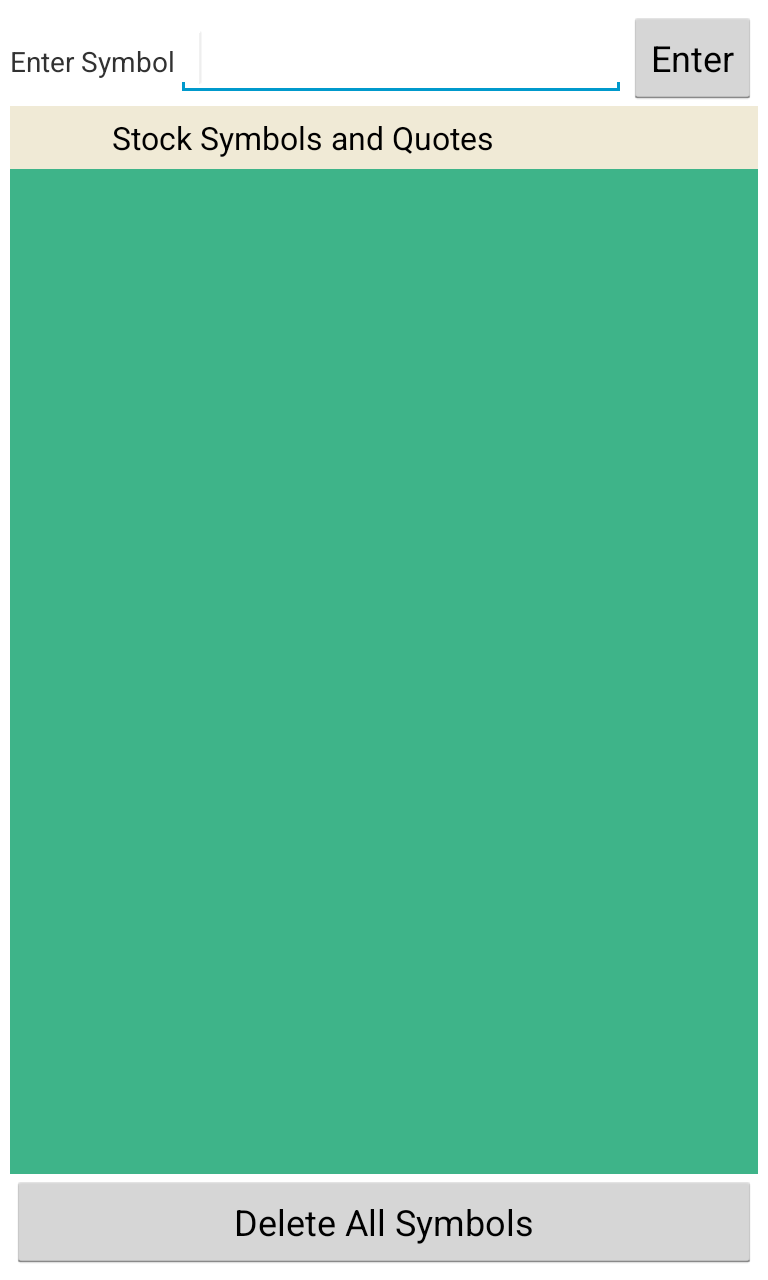
Repository: almeiduh/AndroidApps
Layout: StockQuote/res/layout/activity_main.xml
The author's editor kept a copy of each file at every save. The layout is drawn from the files as they stood at one save, then again after the next save.
It is drawn on a 768 x 1280 px phone screen (xhdpi) without system bars, with theme AppTheme; the app's code is not run.

Above is the layout before, as saved 2014-02-05 03:05:57.

After the next save:
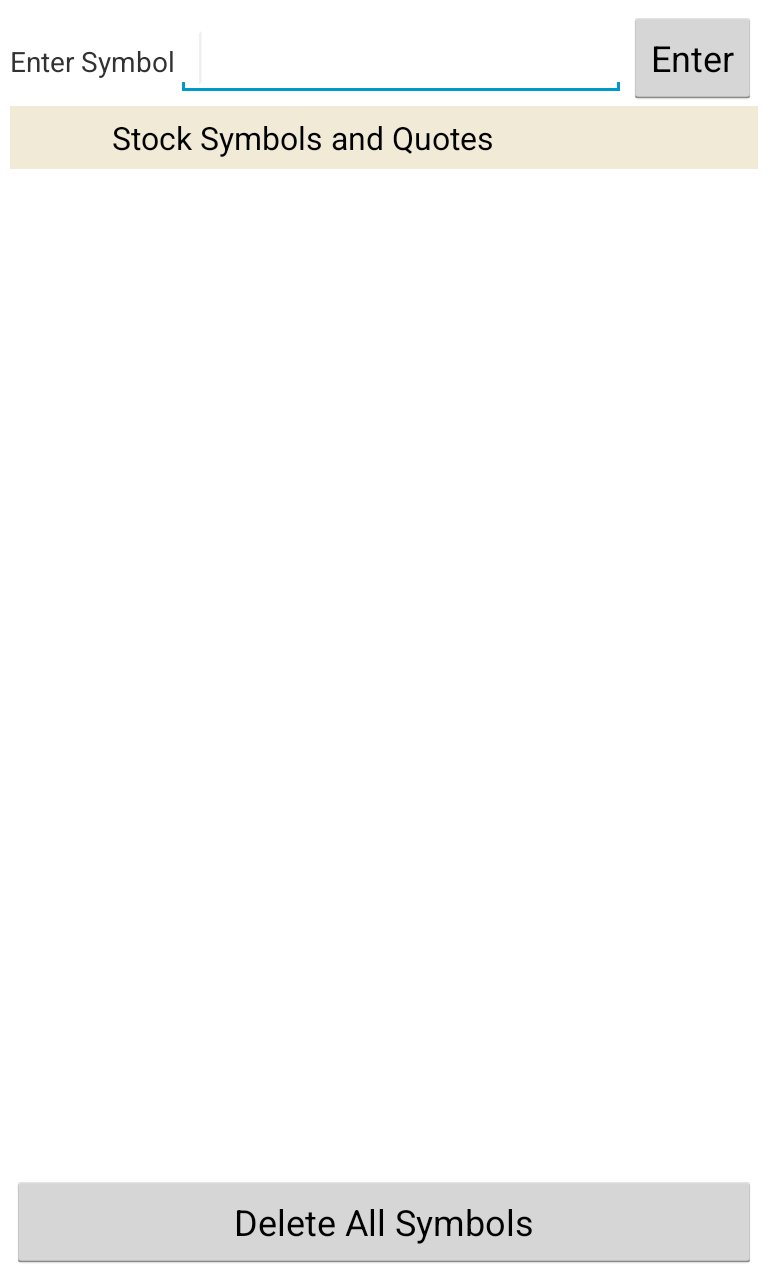
Saved 15 s later.
--- a/StockQuote/res/layout/activity_main.xml
+++ b/StockQuote/res/layout/activity_main.xml
@@ -63,7 +63,6 @@
         android:id="@+id/tableRow3"
         android:layout_width="match_parent"
         android:layout_height="wrap_content"
-        android:background="@color/mint"
         android:layout_weight="1" >
         <ScrollView
             android:id="@+id/stockScrollView"

After the save that followed:
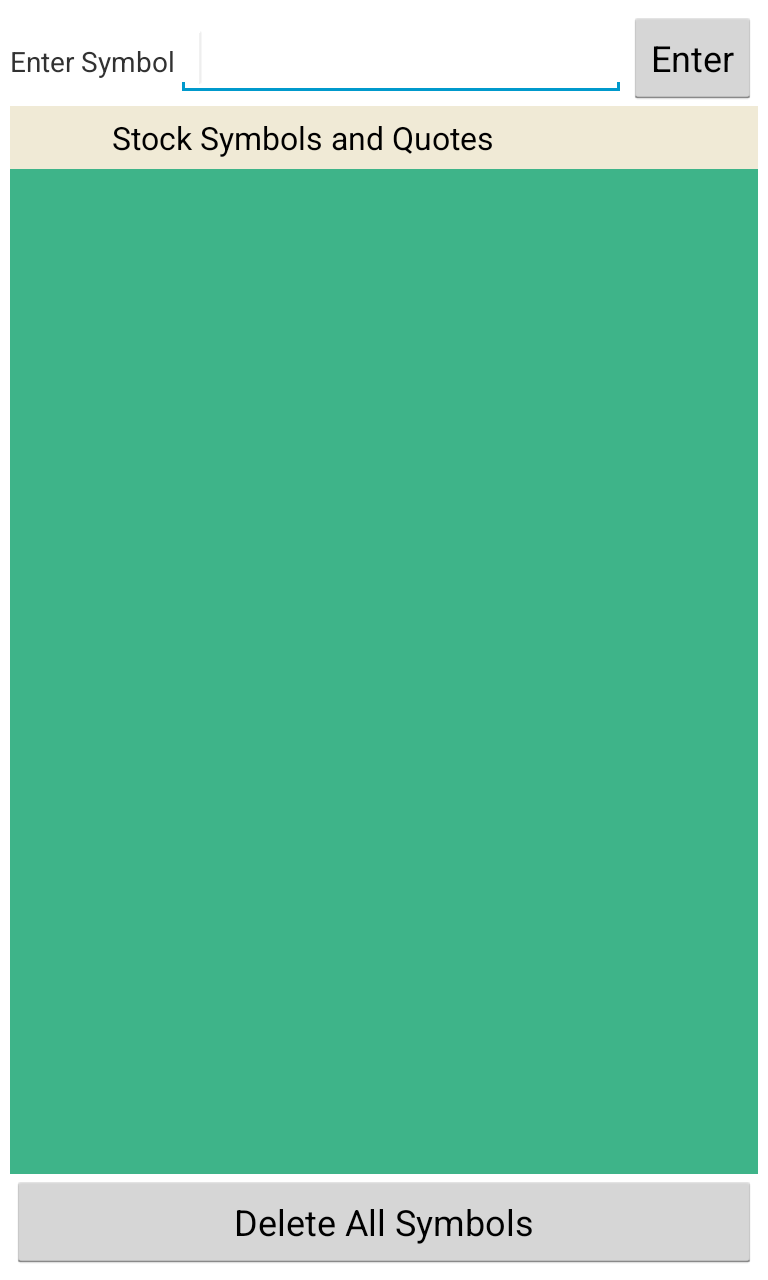
Saved 5 s later.
--- a/StockQuote/res/layout/activity_main.xml
+++ b/StockQuote/res/layout/activity_main.xml
@@ -63,6 +63,7 @@
         android:id="@+id/tableRow3"
         android:layout_width="match_parent"
         android:layout_height="wrap_content"
+        android:background="@color/mint"
         android:layout_weight="1" >
         <ScrollView
             android:id="@+id/stockScrollView"
